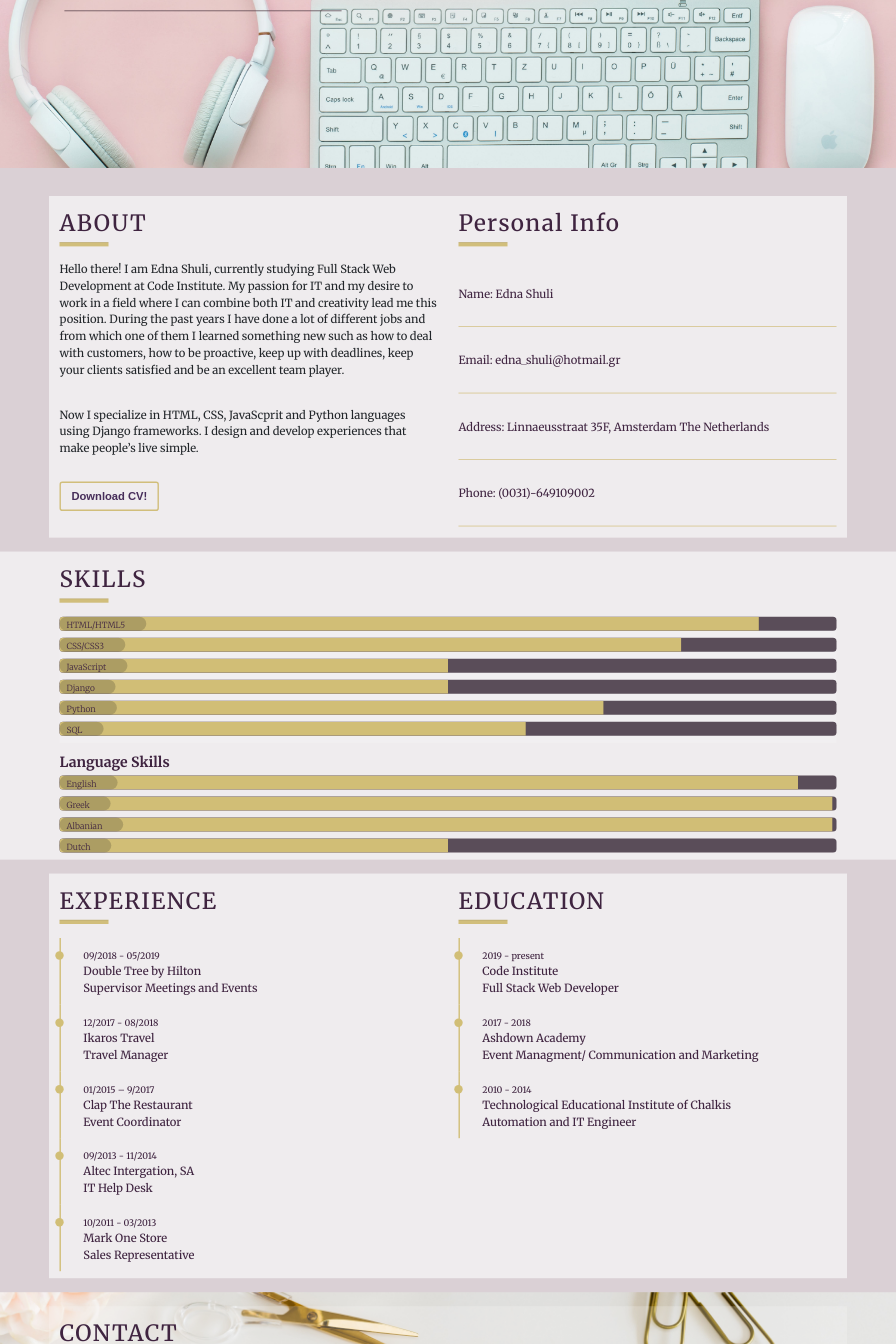
Repository: edshuli/Portfolio
Page: index.html
The author's editor kept a record of every edit. The page is drawn from the files as they stood at one moment, then again after the next edit.
The browser window is 1280 px wide. The pictures show the part of the page from y = 480 to 2400 px (the page is 2918 px tall before and 2888 px after), at 70% of full size.
Backgrounds fixed to the window are drawn as part of the page. Some web fonts or font styles are not loaded; a fallback is used.

Above is the page before.

After the next edit:
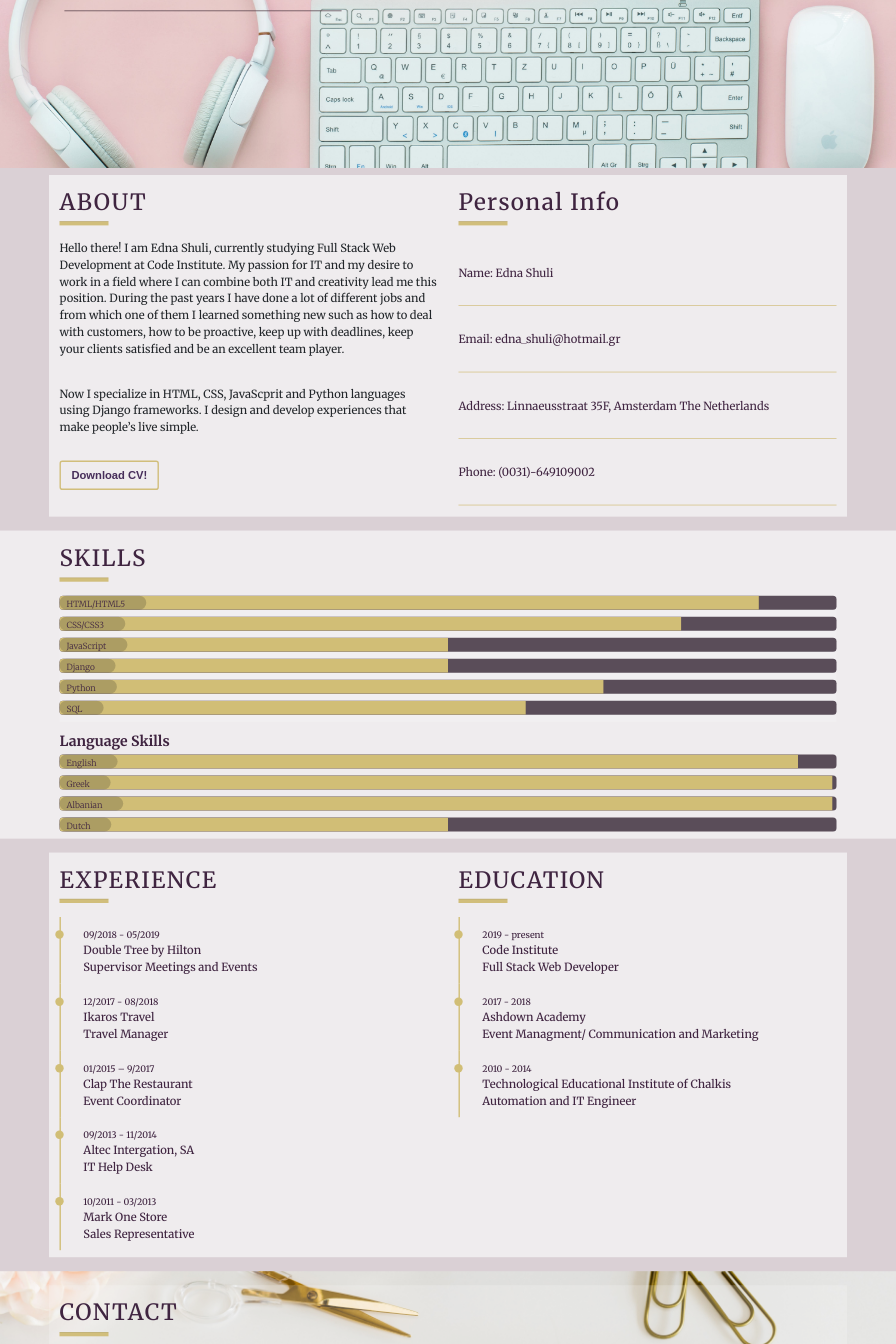
The edit:
--- a/assets/css/style.css
+++ b/assets/css/style.css
@@ -33,7 +33,6 @@
     display: flex;
     align-items: center;
     justify-content: center;
-    margin-bottom: 30px;
 }
 
 
